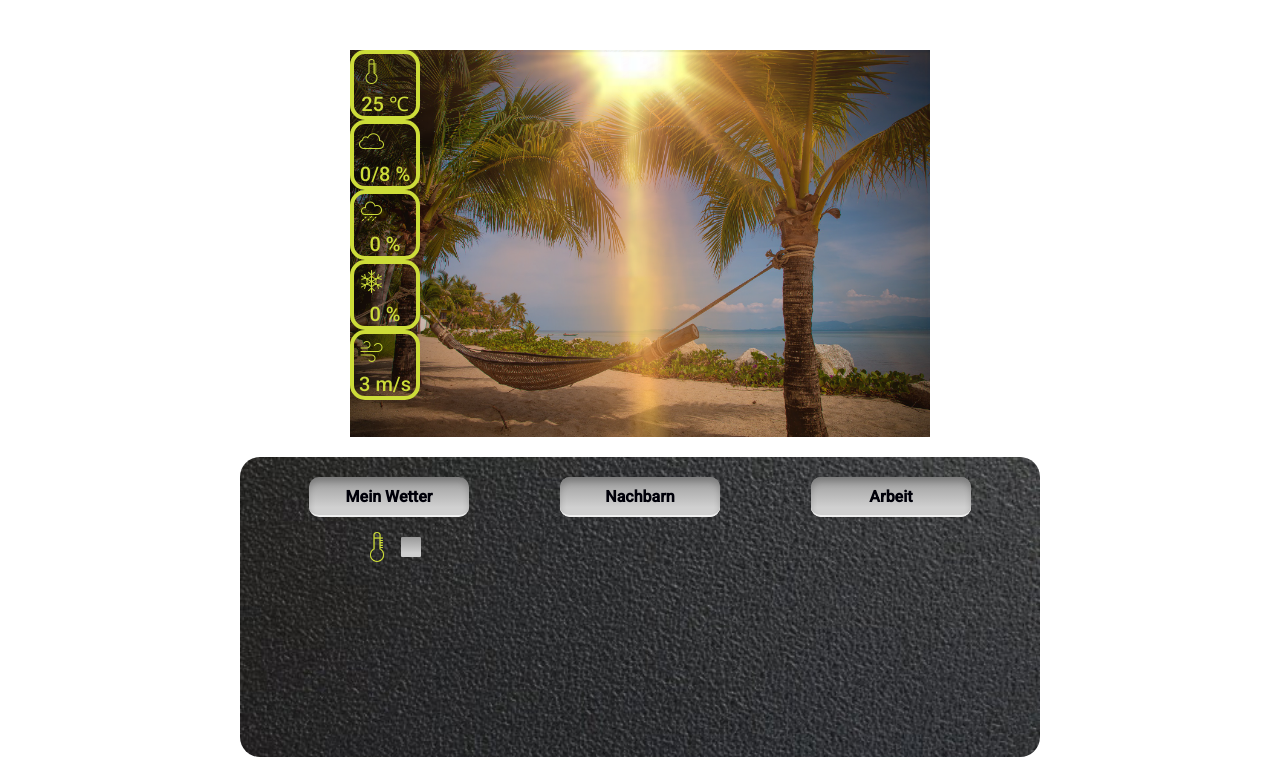
Repository: NadiaSchmitz/wetter.githab.io
Page: index.html
The author's editor kept a record of every edit. The page is drawn from the files as they stood at one moment, then again after the next edit.
The browser window is 1280 px wide. The pictures show the whole page.

Above is the page before.

### index.html
<!DOCTYPE html>
<html>

<head>
  <meta charset="utf-8" />
  <title>Das Wetter</title>
  <link rel="stylesheet" href="./styles/reset.css" type="text/css" />
  <link rel="stylesheet" href="./styles/style.css" type="text/css" />
  <link rel="stylesheet" href="./styles/icons.css" type="text/css" />
  <link rel="stylesheet" href="./styles/textur.css" type="text/css" />
  <meta name="viewport" content="width=device-width, initial-scale=1.0">
  <link rel="preconnect" href="https://fonts.googleapis.com">
  <link rel="preconnect" href="https://fonts.gstatic.com" crossorigin>
  <link href="https://fonts.googleapis.com/css2?family=Roboto:wght@500&display=swap" rel="stylesheet">
  <link rel="shortcut icon" href="images/favicon.png" type="image/x-icon">
  <script src="https://ajax.googleapis.com/ajax/libs/jquery/2.2.0/jquery.min.js"></script>

</head>

<body>
  <section class="wrapper">
    <section class="inner_wrapper">
      <div class="weather">
        <div class="layout"></div>
        <div class="status_wrapper">
          <div class="status status_temperature">
            <div class="status_value status_temperature_value">
              <span>25</span>
              <span class="celsius">&#8451;</span>
            </div>
          </div>
          <div class="status status_clouds">
            <div class="status_value status_clouds_value">
              <span>0/8</span>
              <span>%</span>
            </div>
          </div>
          <div class="status status_rain">
            <div class="status_value status_rain_value">
              <span>0</span>
              <span>%</span>
            </div>
          </div>
          <div class="status status_snow">
            <div class="status_value status_snow_value">
              <span>0</span>
              <span>%</span>
            </div>
          </div>
          <div class="status status_wind">
            <div class="status_value status_wind_value">
              <span>3</span>
              <span>m/s</span>
            </div>
          </div>
        </div>
      </div>
      <div class="control">
        <div class="control_keyboard">
          <div class="control_keyboard_section">
            <div class="weather_button_wrapper">
              <a href="" class="weather_button">Mein Wetter</a>
            </div>
            <div class="control_keyboard_content">
              <div class="control_keyboard_content_item">

                <span class="control_weather temperatur_value"></span>

                <a href="" class="control_button temperatur_plus"></a>
              </div>
            </div>
          </div>
          <div class="control_keyboard_section">
            <div class="weather_button">
              <a href="" class="weather_button">Nachbarn</a>
            </div>
          </div>
          <div class="control_keyboard_section">
            <div class="weather_button">
              <a href="" class="weather_button">Arbeit</a>
            </div>
          </div>
        </div>
      </div>
    </section>
  </section>
  <script type="text/javascript" src="./js/weather.js"></script>
  <script type="text/javascript" src="./js/general.js"></script>
</body>

</html>

### styles/reset.css
html, body, div, span, applet, object, iframe,
h1, h2, h3, h4, h5, h6, p, blockquote, pre,
a, abbr, acronym, address, big, cite, code,
del, dfn, em, img, ins, kbd, q, s, samp,
small, strike, strong, sub, sup, tt, var,
b, u, i, center,
dl, dt, dd, ol, ul, li,
fieldset, form, label, legend,
table, caption, tbody, tfoot, thead, tr, th, td,
article, aside, canvas, details, embed,
figure, figcaption, footer, header, hgroup,
menu, nav, output, ruby, section, summary,
time, mark, audio, video {
	margin: 0;
	padding: 0;
	box-sizing: border-box;
	border: 0;
	font-size: 100%;
	font: inherit;
	vertical-align: baseline;
}
/* HTML5 display-role reset for older browsers */
article, aside, details, figcaption, figure,
footer, header, hgroup, menu, nav, section {
	display: block;
}
body {
	line-height: 1;
}
ol, ul {
	list-style: none;
}
blockquote, q {
	quotes: none;
}
blockquote:before, blockquote:after,
q:before, q:after {
	content: '';
	content: none;
}
table {
	border-collapse: collapse;
	border-spacing: 0;
}

### styles/style.css
.inner_wrapper {
  font-family: 'Roboto', sans-serif;
}

.weather {
  position: relative;
  width: 800px;
  height: 533px;
  background-image: url(../images/palm.jpg);
  background-size: cover;
  background-repeat: no-repeat;
  background-position: 50%;
  margin: 50px auto 20px;
}

.layout {
  position: absolute;
  top: 0;
  bottom: 0;
  left: 0;
  right: 0;
  background-image: url(../images/sunshine.png);
  background-size: cover;
  background-position: 40% 0;
}

.status {
  position: relative;
  width: 70px;
  height: 70px;
  border-radius: 15px;
  border-width: 3px;
  border: 4px solid #cddc39;
  background-size: 25px;
  background-position: 5px 5px;
  background-repeat: no-repeat;
}

.status_value {
  font-size: 20px;
  line-height: 40px;
  text-align: center;
  color: #cddc39;
  margin: 30px 0 0 0;
}

.control {

}

.control_keyboard {
  width: 800px;
  height: 300px;
  background-color: #3a3939;
  background-size: cover;
  border-radius: 20px;
  text-align: center;
  margin: 0 auto;
  padding: 20px;
}

.control_keyboard_section {
  display: inline-block;
  vertical-align: top;
  width: 32.5%;
  padding: 0 10px 0 10px;
}

.weather_button_wrapper {
  margin: 0 0 20px 0;
}

.weather_button {
  width: 160px;
  height: 40px;
  border-bottom: 2px solid #eee;
  box-shadow: inset rgba(0,0,0,0.2) 0px 5px 6px;
  display: block;
  font-size: 16px;
  line-height: 40px;
  color: #000009;
  font-weight: 700;
  text-align: center;
  text-decoration: none;
  background-image: -webkit-linear-gradient(top, #999, #d0d0d0 80%);
  background-image: -moz-linear-gradient(top, #999, #d0d0d0 80%);
  background-image: -ms-linear-gradient(top, #999, #d0d0d0 80%);
  background-image: -o-linear-gradient(top, #999, #d0d0d0 80%);
  background-image: linear-gradient(top, #999, #d0d0d0 80%);
  -moz-border-radius: 10px;
  -webkit-border-radius: 10px;
  border-radius: 10px;
  -webkit-transition: all .1s ease-in;
  -moz-transition: all .1s ease-in;
  -ms-transition: all .1s ease-in;
  -o-transition: all .1s ease-in;
  transition: all .1s ease-in;
  cursor: pointer;
  margin: 0 auto;
}

.weather_button:hover {
  -webkit-box-shadow: rgba(0,0,0,.4) 0 3px 8px;
  -moz-box-shadow: rgba(0,0,0,.4) 0 3px 8px;
  box-shadow: rgba(0,0,0,.4) 0 3px 8px;
}

.weather_button:active {
  color: #777;
  border-bottom: 1px solid #fff;
  -webkit-box-shadow: inset rgba(0,0,0,.5) 0px 5px 10px;
  -moz-box-shadow: inset rgba(0,0,0,.5) 0px 5px 10px;
  box-shadow: inset rgba(0,0,0,.5) 0px 5px 10px;
}

.control_button {
  display: inline-block;
  vertical-align: top;
  width: 20px;
  height: 20px;
  font-size: 16px;
  line-height: 20px;
  font-weight: 700;
  text-align: center;
  background-image: -webkit-linear-gradient(top, #999, #d0d0d0 80%);
  background-image: -moz-linear-gradient(top, #999, #d0d0d0 80%);
  background-image: -ms-linear-gradient(top, #999, #d0d0d0 80%);
  background-image: -o-linear-gradient(top, #999, #d0d0d0 80%);
  background-image: linear-gradient(top, #999, #d0d0d0 80%);
  -moz-border-radius: 1px;
  -webkit-border-radius: 1px;
  border-radius: 1px;
  -webkit-transition: all .1s ease-in;
  -moz-transition: all .1s ease-in;
  -ms-transition: all .1s ease-in;
  -o-transition: all .1s ease-in;
  transition: all .1s ease-in;
}

.control_weather {
  display: inline-block;
  vertical-align: top;
  width: 15px;
  height: 15px;
}

.control_weather {
  display: inline-block;
  vertical-align: top;
  width: 30px;
  height: 30px;
  background-position: 50%;
  background-size: cover;
  margin: -5px 5px 0 5px;
}

### js/weather.js
var weatherArray = [];
weatherArray = [
  {
    weatherOwner: "myWeather",
    temperaturUnderLimit: 25,
    temperaturStandart: 26,
    temperaturUpperLimit: 27,
    cloudsUnderLimit: 0,
    cloudsStandart: 0,
    cloudsUpperLimit: 1,
    rainUnderLimit: 0,
    rainStandart: 0,
    rainUpperLimit: 5,
    snowUnderLimit: 0,
    snowStandart: 0,
    snowUpperLimit: 0,
    windUnderLimit: 3,
    windStandart: 3,
    windUpperLimit: 5,
    mainLayout: "",
    layout1: "",
    layout2: ""
  },

  {
    weatherOwner: "nachbarnWeather",
    temperaturUnderLimit: 3,
    temperaturStandart: 5,
    temperaturUpperLimit: 8,
    cloudsUnderLimit: 7,
    cloudsStandart: 8,
    cloudsUpperLimit: 9,
    rainUnderLimit: 80,
    rainStandart: 90,
    rainUpperLimit: 100,
    snowUnderLimit: 0,
    snowStandart: 0,
    snowUpperLimit: 0,
    windUnderLimit: 20,
    windStandart: 30,
    windUpperLimit: 40,
    mainLayout: "",
    layout1: "",
    layout2: ""
  },

  {
    weatherOwner: "arbeitWeather",
    temperaturUnderLimit: -10,
    temperaturStandart: -20,
    temperaturUpperLimit: -30,
    cloudsUnderLimit: 3,
    cloudsStandart: 4,
    cloudsUpperLimit: 5,
    rainUnderLimit: 0,
    rainStandart: 0,
    rainUpperLimit: 100,
    snowUnderLimit: 0,
    snowStandart: 0,
    snowUpperLimit: 0,
    windUnderLimit: 20,
    windStandart: 30,
    windUpperLimit: 40,
    mainLayout: "",
    layout1: "",
    layout2: ""
  },
]

### js/general.js
$(document).ready(function() {
    var widthScreen = $(window).width() - 700;
    var heightScreen = widthScreen / 1.5;

    var screenRatio = widthScreen / heightScreen;

    console.log(widthScreen);
    console.log(heightScreen);
    console.log(screenRatio);

    $(".weather").css("width", widthScreen);
    $(".weather").css("height", heightScreen);
})

Loaded but not shown: styles/icons.css (library); styles/textur.css (library)

After the next edit:
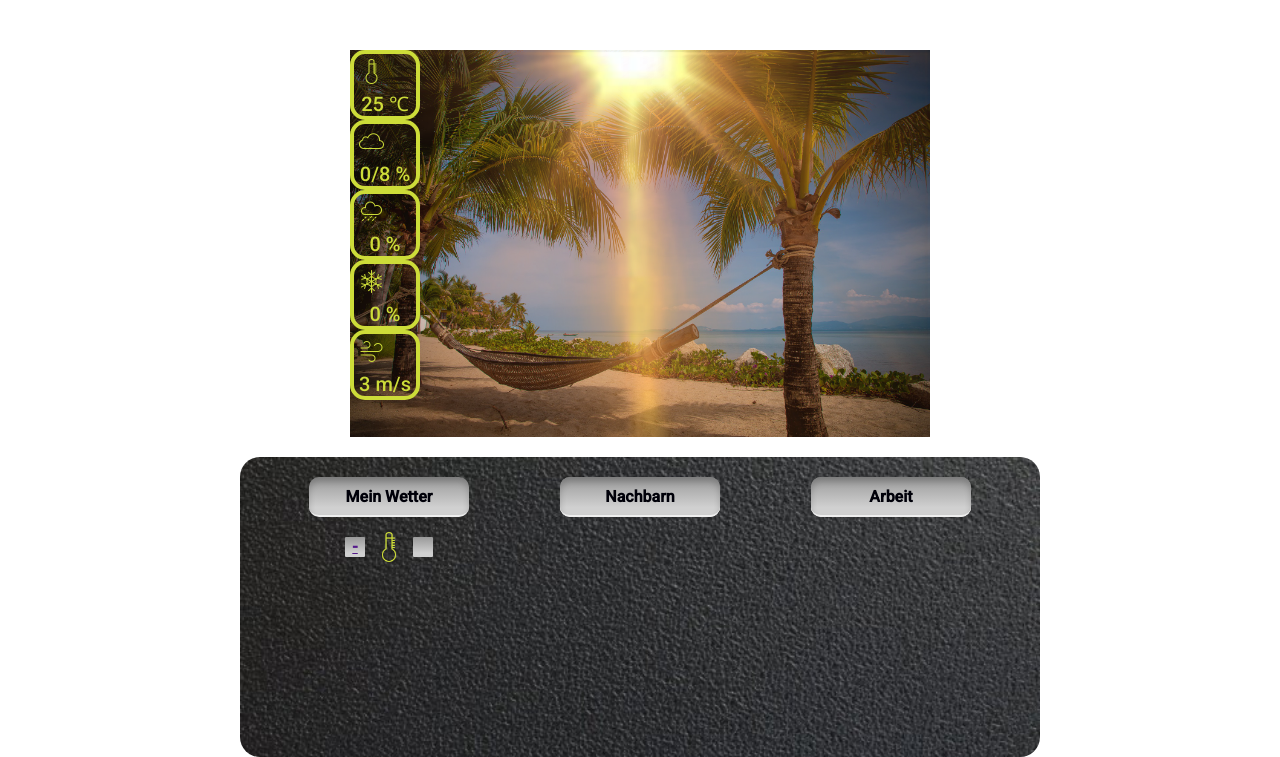
The edit:
--- a/index.html
+++ b/index.html
@@ -63,9 +63,8 @@
             </div>
             <div class="control_keyboard_content">
               <div class="control_keyboard_content_item">
-
+                <a href="" class="control_button temperatur_minus">-</a>
                 <span class="control_weather temperatur_value"></span>
-
                 <a href="" class="control_button temperatur_plus"></a>
               </div>
             </div>
